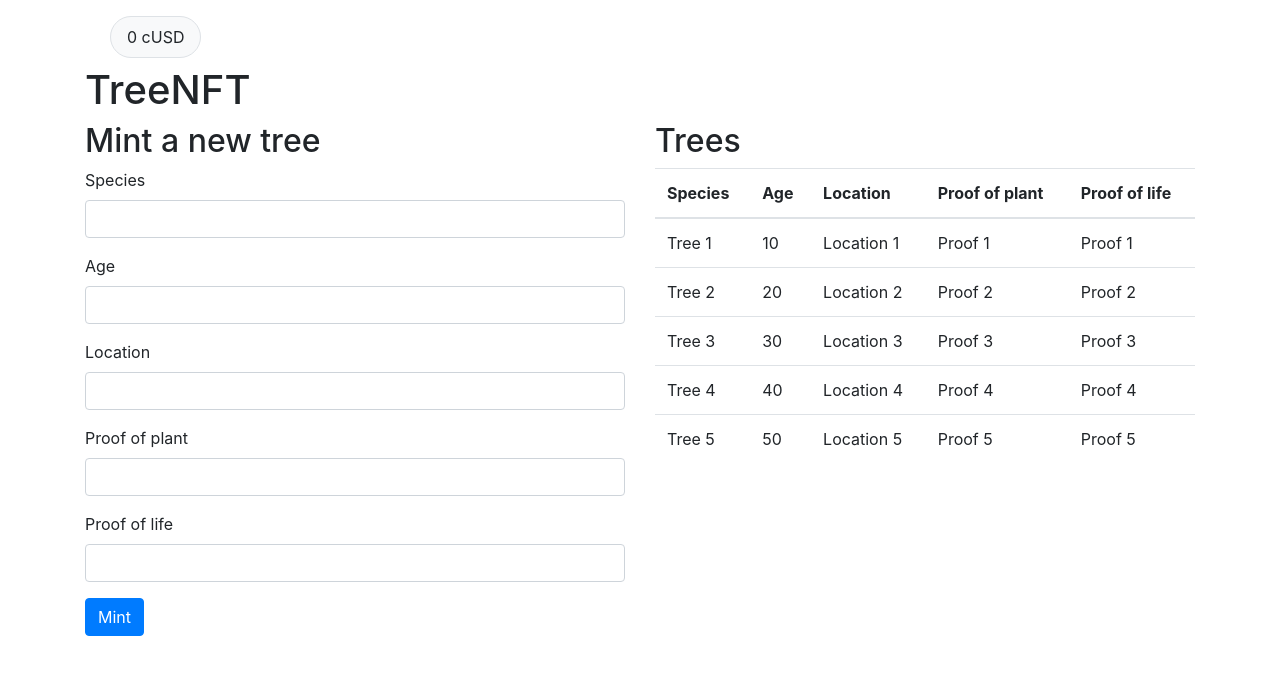
Repository: Jeremicarose/Celo-Code-Jam-3.0
Page: index.html
These files come from the project's save history. The page is drawn as it stood at one moment and after the next save; the edit follows.
The browser window is 1280 px wide. The pictures show the whole page.

Above is the page before, as saved 2023-06-29 22:05:18.

After the next save:
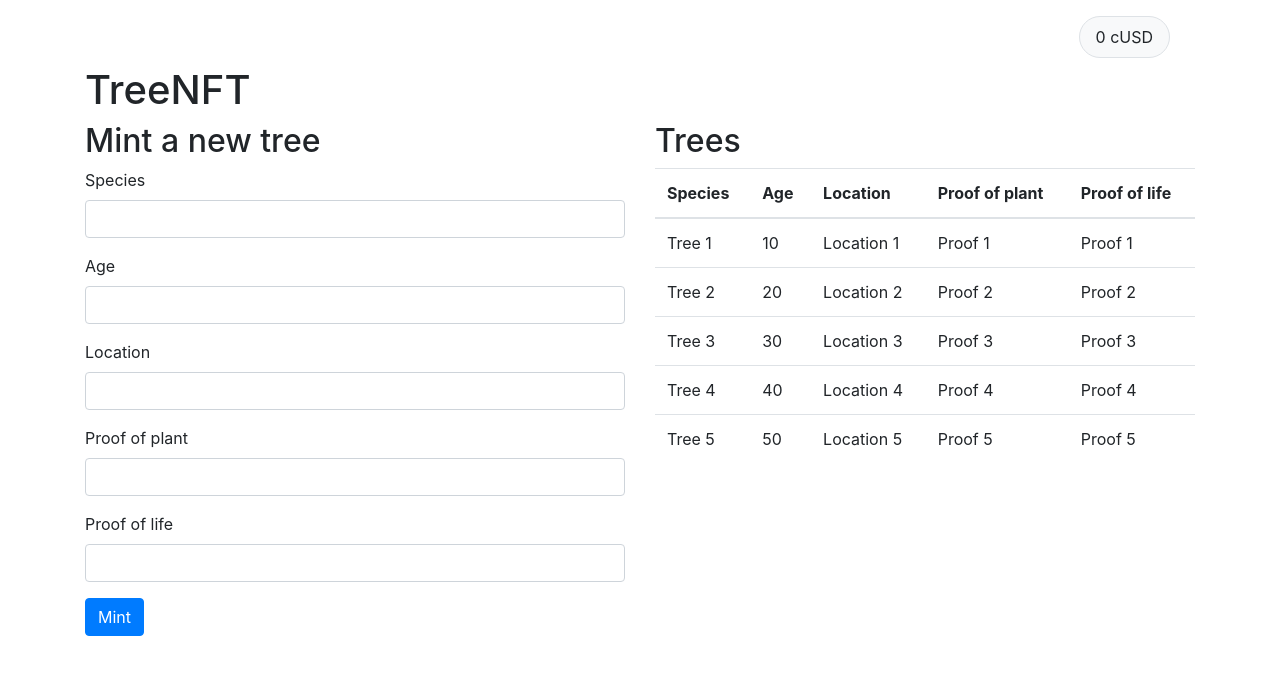
Saved 4 min 48 s later.
--- a/index.html
+++ b/index.html
@@ -13,6 +13,7 @@
 
         <nav class="navbar bg-white navbar-light">
           <div class="container-fluid">
+            <span class="navbar-brand m-0 h4 fw-bold"></span>
             <span class="nav-link border rounded-pill bg-light">
               <span id="balance">0</span>
               cUSD
@@ -70,9 +71,6 @@
   </div>
 
   <script>
-    const getBalance = function () {
-  document.querySelector("#balance").textContent = 21
-}
     $(document).ready(function() {
       // Tree information array
       var treeInfoArray = [
